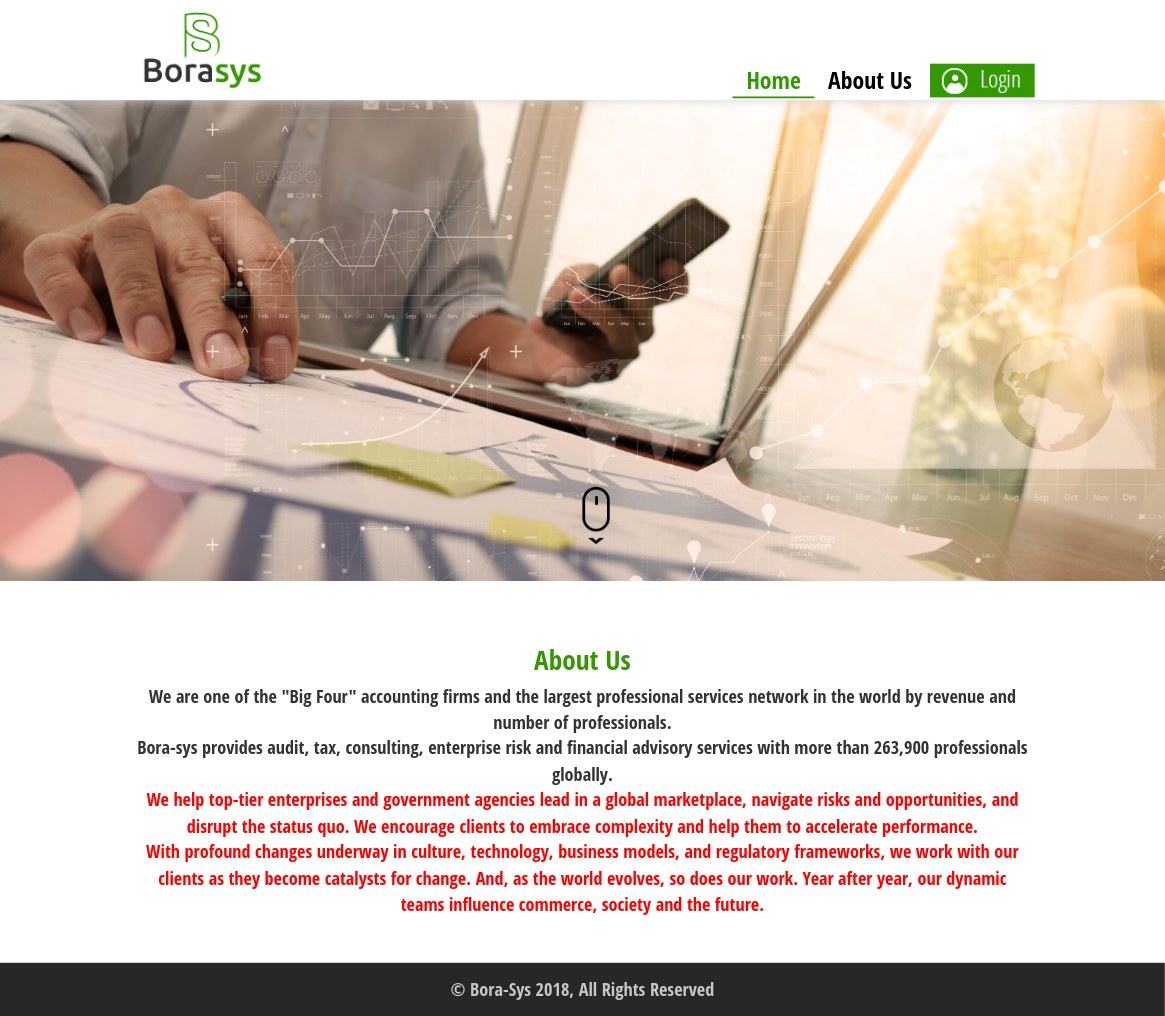
Repository: intkhabahmed/AcceleratedBootcampWebsites
Page: http://localhost/BoraSys/UI/index.jsp
The author's editor kept a copy of each file at every save. The page is drawn from the files as they stood at one save, then again after the next save.
The browser window is 1280 px wide. The pictures show the whole page, at 91% of full size.
Some web fonts or font styles are not loaded; a fallback is used. The page is served by Tomcat 9. Nobody is signed in. The application's start-up code is not run.

Above is the page before, as saved 2018-02-13 08:12:16.

After the next save:
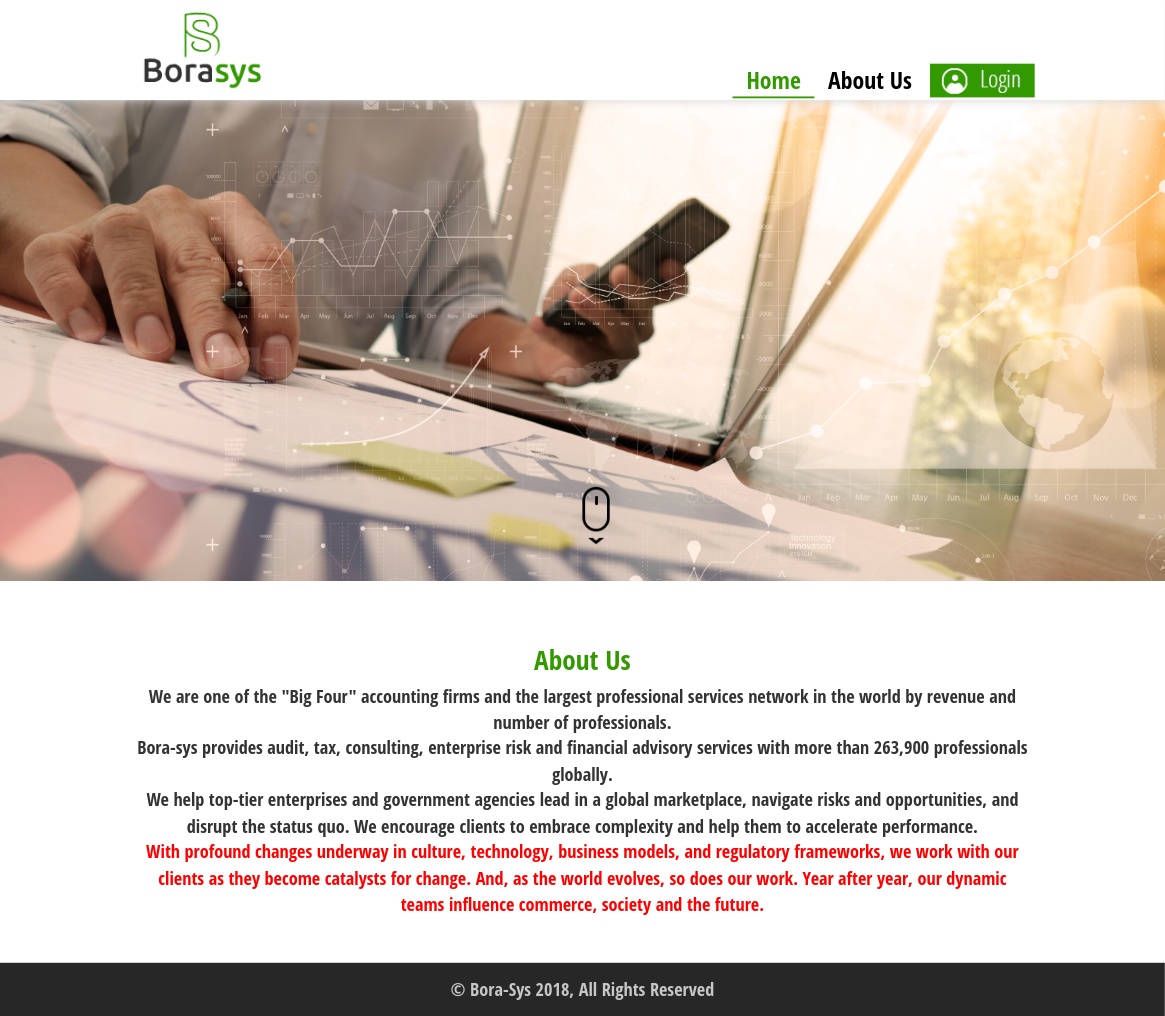
Saved 7 min 43 s later.
--- a/BoraSys/WebContent/UI/index.jsp
+++ b/BoraSys/WebContent/UI/index.jsp
@@ -46,7 +46,7 @@
 				<p align="center">Bora-sys provides audit, tax, consulting,
 					enterprise risk and financial advisory services with more than
 					263,900 professionals globally.</p>
-				<p align="center" class="error">We help top-tier enterprises and government agencies lead in
+				<p align="center" >We help top-tier enterprises and government agencies lead in
 					a global marketplace, navigate risks and opportunities, and disrupt
 					the status quo. We encourage clients to embrace complexity and help
 					them to accelerate performance.</p>
